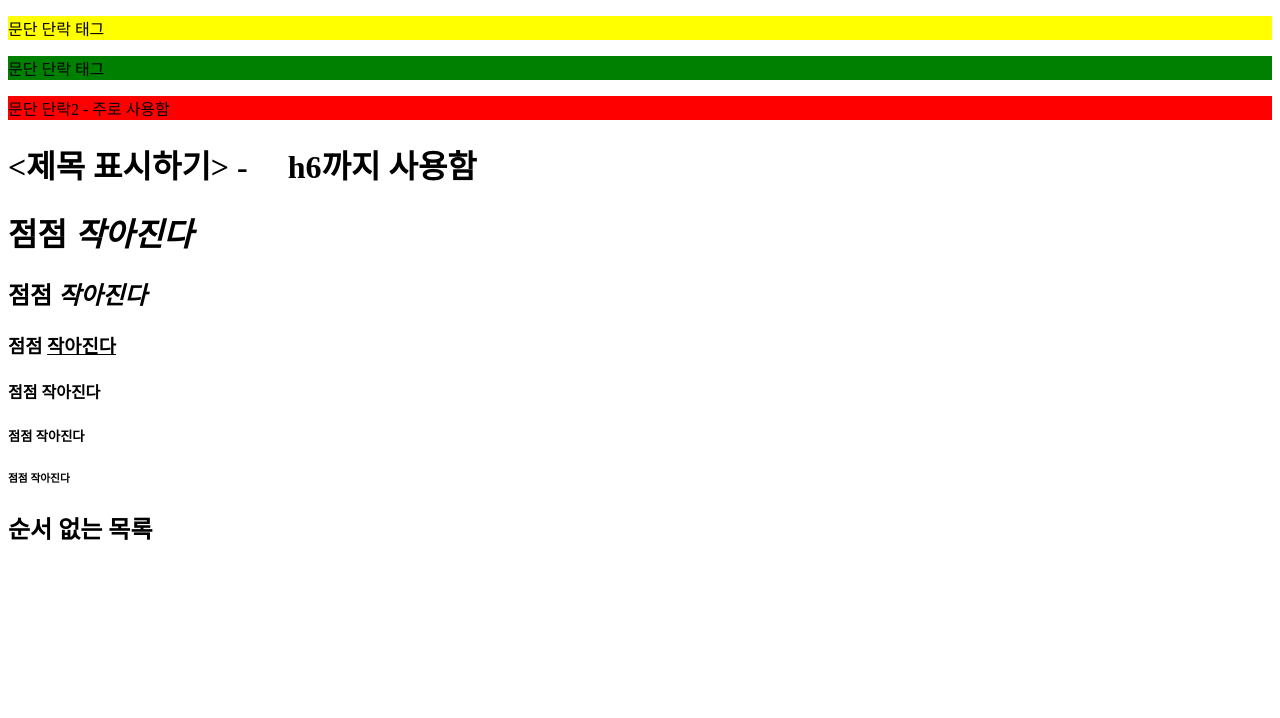
Repository: hsaar/jsworkplace
Page: http://localhost/testjsp/html/test01.jsp
These files come from the project's save history. The page is drawn as it stood at one moment and after the next save; the edit follows.
The browser window is 1280 px wide. The pictures show the whole page.
The page is served by Tomcat 9.

Above is the page before, as saved 2025-08-19 03:09:53.

After the next save:
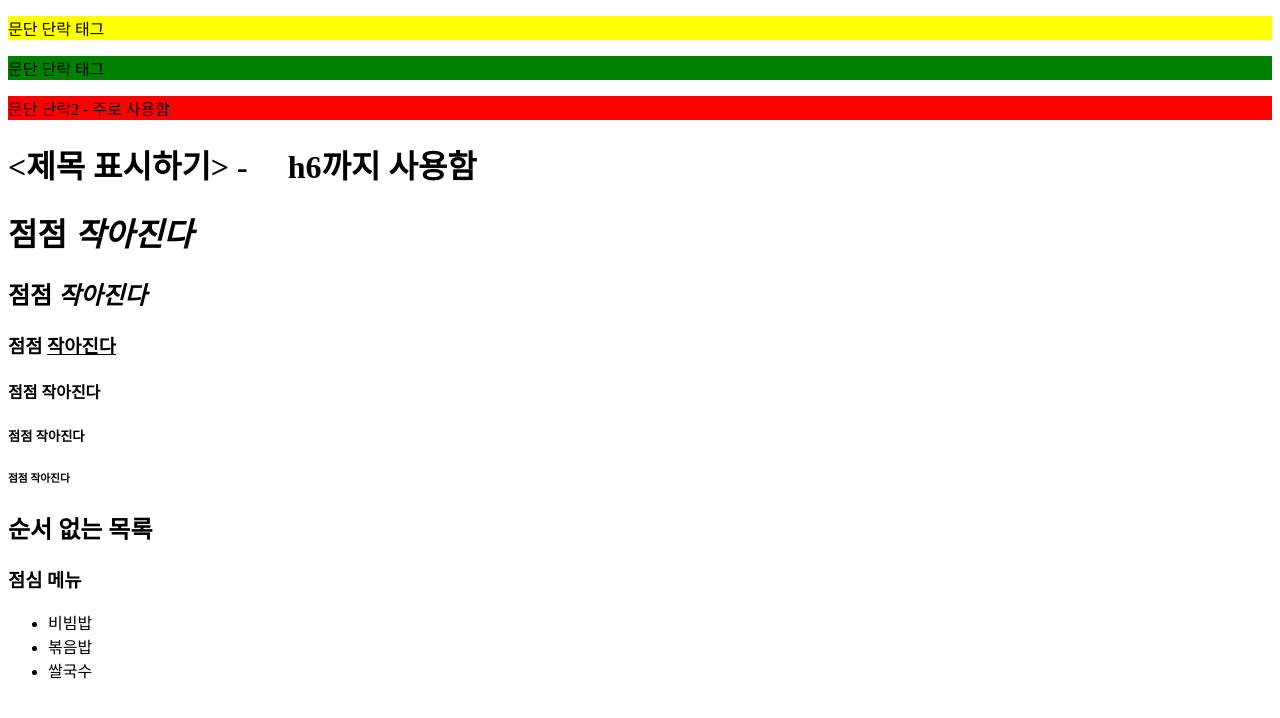
Saved 84 s later.
--- a/testjsp/src/main/webapp/html/test01.jsp
+++ b/testjsp/src/main/webapp/html/test01.jsp
@@ -23,6 +23,12 @@
 	</div>
 	<div>
 		<h2>순서 없는 목록</h2>
+		<h3>점심 메뉴</h3>
+		<ul>
+			<li>비빔밥</li>
+			<li>볶음밥</li>
+			<li>쌀국수</li>
+		</ul>
 
 	</div>
 
